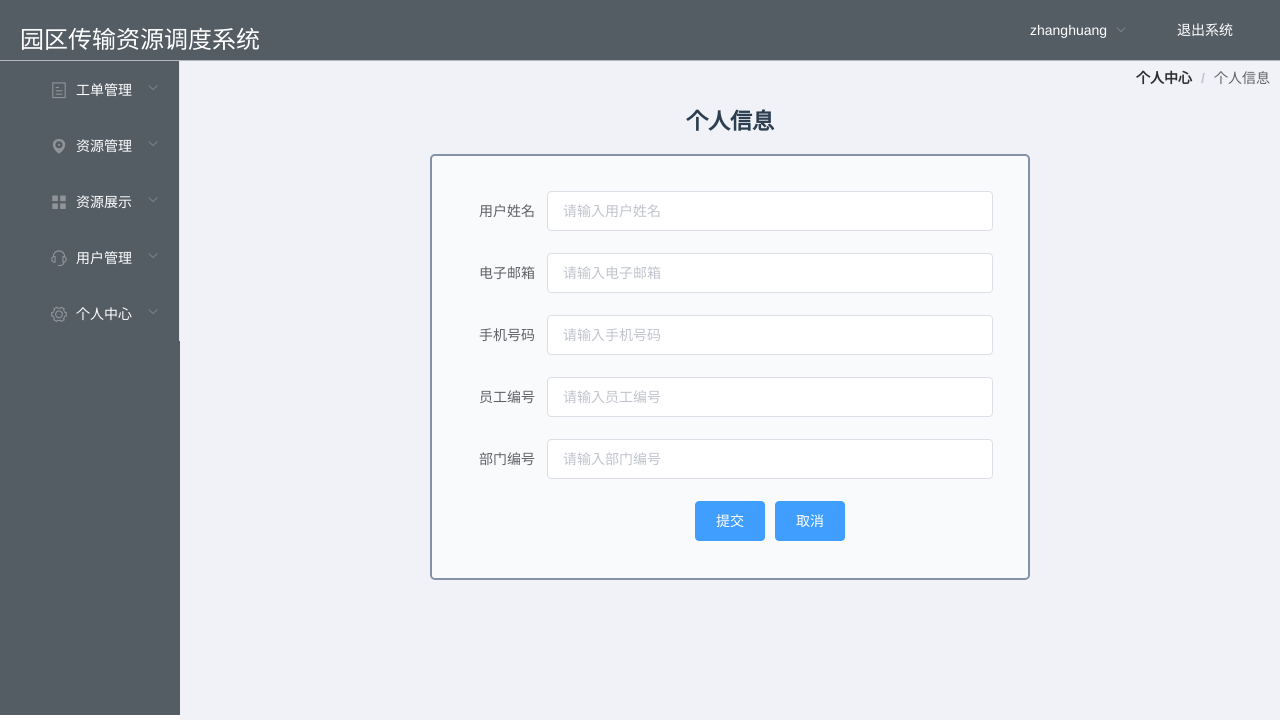
Repository: LezBaishi/yqpass
Page: /#/personcenter (app in yqpass-v1.5/frontend/)
These files come from the project's save history. The page is drawn as it stood at one moment and after the next save; the edit follows.
The browser window is 1280 px wide. The pictures show the whole page.
The page's requests for data from a server got no answer. The project was rebuilt for these pictures with package versions that can differ from the ones it lists, and the page was loaded fresh each time. No one was signed in, and anything a server would have sent is missing. Also part of the build but not shown: yqpass-v1.5/frontend/src/components/OrderlistNew.vue, yqpass-v1.5/frontend/src/components/OrderDetailUnfinished.vue, yqpass-v1.5/frontend/src/components/OrderlistUnfinished.vue, yqpass-v1.5/frontend/src/components/OrderDetailCompleted.vue, yqpass-v1.5/frontend/src/components/OrderlistCompleted.vue, yqpass-v1.5/frontend/src/components/Orderlist.vue, yqpass-v1.5/frontend/src/components/ResCableDetail.vue, yqpass-v1.5/frontend/src/components/ResCable.vue and 13 more.

Above is the page before, as saved 2018-10-21 17:26:55.

After the next save:
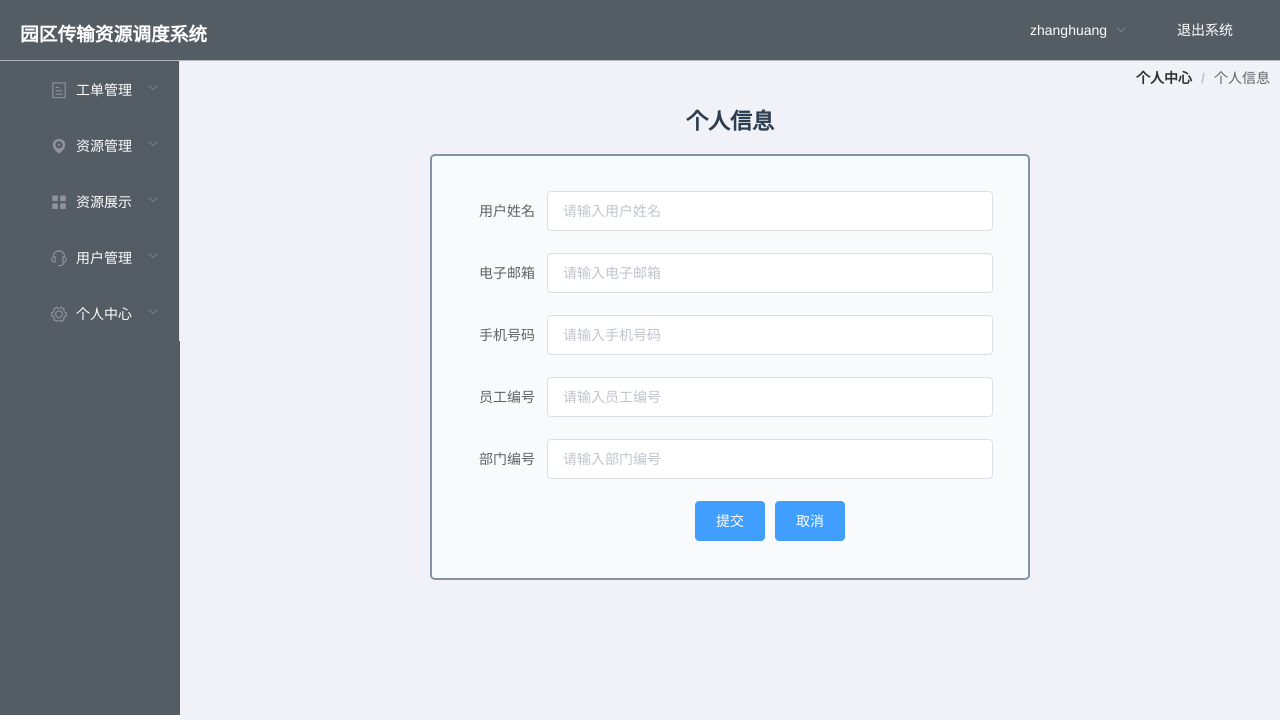
Saved 10 s later.
--- a/yqpass-v1.5/frontend/src/components/Layout.vue
+++ b/yqpass-v1.5/frontend/src/components/Layout.vue
@@ -2,10 +2,10 @@
   <el-row class="panel">
     <el-row class="top">
       <el-col :span='24' class="panel-top">
-        <el-col style="width:300px; padding-left:20px; height: 100%;align-items: flex-end;">
+        <el-col style="width:240px; padding-left:20px; height: 100%;align-items: flex-end;">
           <!-- <img src="../assets/logo1.png"  alt="log" class="img" /> -->
           <!-- <a style="font-size: 28px;color: #ffffff;">ChinaMobile</a> -->
-          <h2 style="color:#ffffff;">{{ msg }}</h2>
+          <h3 style="color:#ffffff;">{{ msg }}</h3>
         </el-col>
         <el-col class='rightbar'>
           <el-menu router mode="horizontal" @select="handleSelect" background-color="#545c64" text-color="#fff" active-text-color="#ffd04b">
